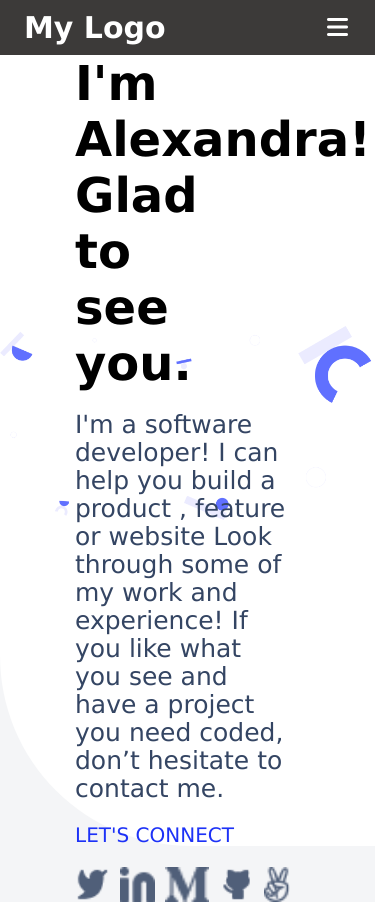
Repository: usman3123/portfolio-template-3
Page: portfolio.html
The author's editor kept a copy of each file at every save. The page is drawn from the files as they stood at one save, then again after the next save.
The browser window is 375 px wide. The pictures show the whole page.
Some web libraries are served in a nearby version.

Above is the page before, as saved 2025-01-24 22:45:06.

### portfolio.html
<!DOCTYPE html>
<html lang="en">
<head>
  <meta charset="UTF-8">
  <meta name="viewport" content="width=device-width, initial-scale=1.0">
  <title>project 2</title>
  <link rel="stylesheet" href="style.css">
  <link href='https://unpkg.com/boxicons@2.1.4/css/boxicons.min.css' rel='stylesheet'>
  <link rel="stylesheet" href="https://cdnjs.cloudflare.com/ajax/libs/font-awesome/6.6.0/css/all.min.css" integrity="sha512-Kc323vGBEqzTmouAECnVceyQqyqdsSiqLQISBL29aUW4U/M7pSPA/gEUZQqv1cwx4OnYxTxve5UMg5GT6L4JJg==" crossorigin="anonymous" referrerpolicy="no-referrer" />
  <link rel="stylesheet" href="https://cdnjs.cloudflare.com/ajax/libs/font-awesome/6.6.0/css/all.min.css" integrity="sha512-Kc323vGBEqzTmouAECnVceyQqyqdsSiqLQISBL29aUW4U/M7pSPA/gEUZQqv1cwx4OnYxTxve5UMg5GT6L4JJg==" crossorigin="anonymous" referrerpolicy="no-referrer" />

  <link rel="stylesheet" href="https://cdnjs.cloudflare.com/ajax/libs/font-awesome/6.7.2/css/all.min.css">
  <link rel="preconnect" href="https://fonts.googleapis.com">
<link rel="preconnect" href="https://fonts.gstatic.com" crossorigin>
<link href="https://fonts.googleapis.com/css2?family=Poppins:ital,wght@0,100;0,200;0,300;0,400;0,500;0,600;0,700;0,800;0,900;1,100;1,200;1,300;1,400;1,500;1,600;1,700;1,800;1,900&display=swap" rel="stylesheet">
</head>

<body>

  <!-- Navbar -->

 <div class="hero-page">
  <div class="header-div">
    <nav class="nav-bar flex">
        <h4 class="nav-heading">My Logo</h4>
        <div class="nav-links flex">
            <a href="#myportfolio">Portfolo</a>
            <a href="myabout">About</a>
            <a class="mycontact">Contact</a>
        </div>
        <i class="fa-solid fa-light fa-bars fa-xl nav-icon flex" style="color: #ffffff;"></i>
    </nav>
</div>

  <!-- Main Content -->
  <section id="myportfolio" class="hero-section flex">
    <div class="hero-content flex">
        <h1 class="hero-head"> I'm Alexandra!
          Glad to see you.
      </h1>
      <p class="hero-p">
         I'm a software developer! I can help you build a product , feature or website Look through  some of my work and experience! If you like what you see and have a project you need coded, don’t hesitate to contact me.
      </p>
     <p class="let-connect"> LET'S CONNECT</p>

      <div class="icons flex">
          <img src="/assets/twitter.png" class="media-icon">
          <img src="assets/Linkedin.png" class="media-icon">
          <img src="assets/M.png" class="media-icon">
          <img src="assets/Github.png" class="media-icon">
          <img src="assets/V.png" class="media-icon">
      </div>
    </div>
  </section>

 </div>
  <!-- Cards Section -->

  <!-- <section class="cards flex">
  </section>

  <div class="page">
    </div>
     -->


   <!-- ABOUT MYSELF -->

  <!-- <section id="myabout" class="about flex">

    <div class="about-intro flex">
      <h1 style="font-size: 40px;">About Myself</h1>
      <p class="about-paragraph">Hello I'm a software developer! I can help you build a product , feature or website Look through some of my work and experience! If you like what you see and have a project you need coded, don't hesitate to contact me.</p>
        <p class="let-connect">Let's Connect</p>
        <div class="icons flex icon-gap">
          <img src="assets/twitter.png" class="twitter">
          <img src="assets/Linkedin.png" class="inimage">
          <img src="assets/M.png" class="mimage">
          <img src="assets/Github.png" class="tomimage">
          <img src="assets/V.png" class="protocol">
      </div>
      <button class="button rsm-btn"> Get my resume</button>
    </div>

    <div class="about-skills flex">
      <div class="about-all flex">
        <p>Languages</p>
        <i class='bx bx-chevron-down'></i>
      </div>
      <div class="about-lang flex">
        <div class="about-lang-img flex">
          <i class="fa-brands fa-js" style="color: #ff0000;"></i>
          <p>JavaScript</p>
        </div>
        <div class="about-lang-img flex">
          <i class="fa-brands fa-html5" style="color: #FFD43B;"></i>
          <p>Html</p>

        </div>
        <div class="about-lang-img flex">
          <i class="fa-brands fa-css3-alt" style="color: #74C0FC;"></i>
          <p>css</p>
        </div>
      </div>
      <div class="about-all flex">
        <p> Frameworks</p>
        <i class='bx bx-chevron-right'></i>
      </div>
      <div class="about-all flex">
        <p>Skills</p>
        <i class='bx bx-chevron-right'></i>
        </div>
        </div>
        <div class="contact-section flex">
            <h4 class="contact-paragraph">I'm always interested in hearing about new projects, so if you'd like to chat please get in touch.</h4>
            <form action="submit-form" class="contact-form flex">
                <div class="names flex">
                    <input type="text" placeholder="Full name" class="first-name">
                    <input type="text" placeholder="last name" class="last-name">
      </div>
        <div class="contact-section flex">
            <h4 class="contact-paragraph">I'm always interested in hearing about new projects, so if you'd like to chat please get in touch.</h4>
            <form action="submit-form" class="contact-form flex">
                <div class="names flex">
                    <input type="text" placeholder="Full name" class="first-name">
                    <input type="text" placeholder="last name" class="last-name">
    </div>
  </section> -->

  <!-- Contact section -->

  <!-- <section id="mycontact" class="contact-section">
    <h1 class="contact-heading">Contact Me</h1>
    <p class="contact-description">
        If you have an application you are interested in developing, a feature that you need built, or a project that needs coding, I'd love to help with it!
    </p>
    <form class="contact-form">
        <input class="form-input" type="text" placeholder="Your Name">
        <input class="form-input" type="email" placeholder="Your Email">
        <textarea class="form-message" placeholder="Write your message here..."></textarea>
        <button class="form-button">Get in Touch</button>
    </form>

</section>

</main> -->

<script src="index.js"></script>
</body>
</html>

### style.css
*{
    margin: 0;
    padding: 0;
    box-sizing: border-box;
}

body {
    font-family: Verdana, Geneva, Tahoma, sans-serif;
    background-color: #f4f5f7;
}

.flex {
    display: flex;
}

.header-div {
    background-color: #3c3a39;
    width: 100%;
}

.nav-bar {
    justify-content: space-between;
    color: white;
    max-width: 1204px;
    padding: 10px 12px;
    align-items: center;
    padding: 10px 24px;
}

.nav-heading {
    font-size: 30px;
}

.nav-links {
    gap: 40px;
    align-items: center;
    font-size: 25px;
    display: none;
}
.nav-icon {
    display: flex;
    width: 24px;
}
.hero-page {
    background-color: white;
    border-bottom-left-radius: 190px;
    background-image: url(/assets/Header\ bg@2x.png);
    background-size: contain;
    max-height: 846px;
    background-position: center;
    background-repeat: no-repeat;
    max-width: 1440px;
}
.hero-section {
    height: 846px;
    align-items: center;
    justify-content: center;
    padding-left: 20%;
}
.hero-content {
    flex-direction: column;
    gap: 20px;
}
.hero-head {
    font-size: 48px;
    font-weight: 700;
    width: 35%;
}

.hero-p {
    font-size: 25px;
    line-height: 28px;
    color: #344563;

    width: 73%;
}

.let-connect {
    color: #1d32f7;
    font-size: 20px;
    font-weight: 500;
    line-height: 24px;
}

.media-icon {
    height: 35px;
}

.icons {
    gap: 10px;
}

.nav-head {
    max-width: 1440px;
    width: 100%;
}
.enable {
    color: blue;
}



@media (max-width : 1100px) {
    .hero-head {
        width: 10%;
    }
}
@media (max-width : 500px) {

}

Loaded but not shown: index.js (no copy from this time; the picture is the same without it)

After the next save:
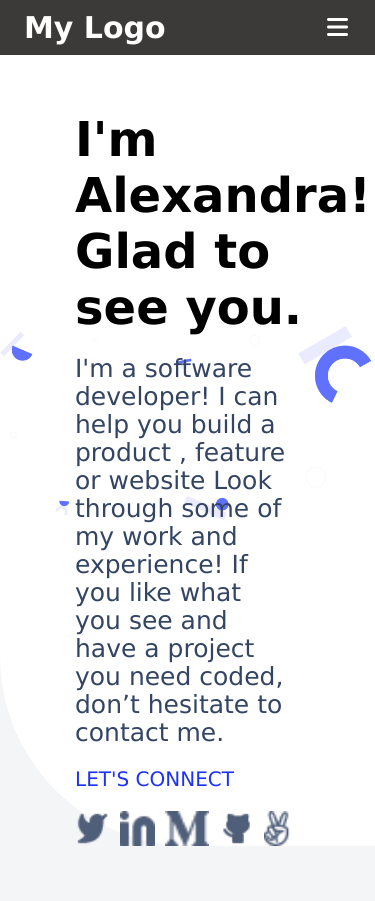
Saved 29 s later.
--- a/style.css
+++ b/style.css
@@ -102,9 +102,11 @@ body {
 
 @media (max-width : 1100px) {
     .hero-head {
-        width: 10%;
+        width: 53%;
     }
 }
 @media (max-width : 500px) {
-
+    .hero-head {
+        width: 100%;
+    }
 }
